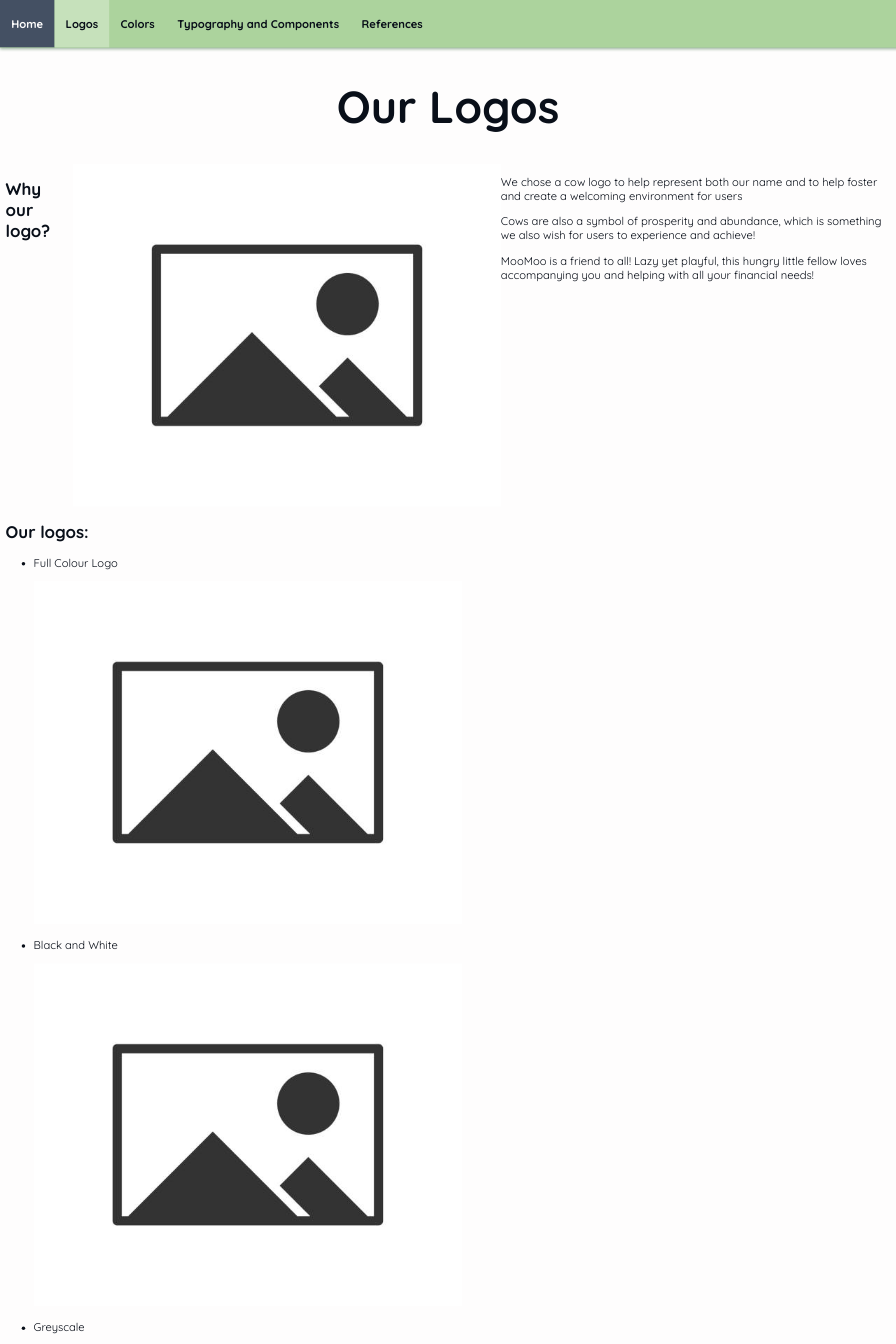
Repository: AlyssaHug/MoolahMate-A5Styleguide
Page: logos.html
An editor plug-in stored every save of this project. The page is shown before and after a run of saves, followed by the edit.
The browser window is 1280 px wide. The pictures show the part of the page from y = 0 to 1920 px (the page is 10752 px tall), at 70% of full size.

Above is the page before, as saved 2025-03-31 09:44:58.

### logos.html
<!DOCTYPE html>
<html lang="en">
<head>
    <meta charset="UTF-8">
    <meta name="viewport" content="width=device-width, initial-scale=1.0">
    <title>CashFlow - App StyleGuide</title>
    <link rel="stylesheet" href="styles.css">
    <link rel="stylesheet" href="Logo-styles.css">
    <link rel="preconnect" href="https://fonts.googleapis.com">
<link rel="preconnect" href="https://fonts.gstatic.com" crossorigin>
<link href="https://fonts.googleapis.com/css2?family=Libre+Franklin:ital,wght@0,100..900;1,100..900&family=Quicksand:wght@300..700&display=swap" rel="stylesheet">
<header class="nav">
    <ul class="navbar">
        <li class="navbar__item"><a href="home.html">Home</a></li>
        <li class="navbar__item active"><a href="logos.html">Logos</a></li>
        <li class="navbar__item"><a href="colors.html">Colors</a></li>
        <li class="navbar__item"><a href="typography.html">Typography and Components</a></li>
        <li class="navbar__item"><a href="references.html">References</a></li>
    </ul>
</header>
</head>
<body class="page-content">
    <h1 class="page__title">Our Logos </h1>
<div class = "rationale">
    <h2 class="rationale__title">Why our logo?</h2>
    <img class="title__image" src="images/placeholder.jpg" alt="">
    <div class="rationale__why">
        <p class="rational__why-1">
            We chose a cow logo to help represent both our name and to help foster and create a welcoming environment for users </p>
        <p class="rational__why-2">
            Cows are also a symbol of prosperity and abundance, which is something we also wish for users to experience and achieve!
        </p>
        <p class="rational__why-3">
            MooMoo is a friend to all! Lazy yet playful, this hungry little fellow loves accompanying you and helping with all your financial needs!
        </p>
    </div>
</div>
    <h2 class="logo__title">Our logos:</h2>
    <div class="logo__drawings">
        <ul class="logo__drawings-list">
            <li class="logo-1">
                <p>Full Colour Logo</p>
                <img class="moomoo-1" src="images/placeholder.jpg" alt="">
            </li>
            <li class="logo-2">
                <p>Black and White</p>
                <img class="moomoo-2" src="images/placeholder.jpg" alt="">
            </li>
            <li class="logo-3">
                <p>Greyscale</p>
                <img class="moomoo-3" src="images/placeholder.jpg" alt="">
            </li>
            <li class="logo-4">
                <p>Monochromatic</p>
                <img class="moomoo-4" src="images/placeholder.jpg" alt="">
            </li>
            <li class="logo-5">
                <p>Horizontal Version</p>
                <img class="moomoo-5" src="images/placeholder.jpg" alt="">
            </li>
            <li class="logo-6">
                <p>Stacked/Vertical Version</p>
                <img class="moomoo-6" src="images/placeholder.jpg" alt="">
            </li>
            <li class="logo-7">
                <p>Favicon Variations</p>
                <img class="moomoo-7" src="images/placeholder.jpg" alt="">
                <div class="moomoo-7-variation">
                    <ul>
                        <li>
                            <p>16 by 16 pixels</p>
                            <img class="moomoo-7-variation-1" src="images/placeholder.jpg" alt="">
                        </li>
                        <li>
                            <p>32 by 32 pixels</p>
                            <img class="moomoo-7-variation-2" src="images/placeholder.jpg" alt="">
                        </li>
                        <li>
                            <p>48 by 48 pixels</p>
                            <img class="moomoo-7-variation-3" src="images/placeholder.jpg" alt="">
                        </li>
                    </ul>
                </div>
            </li>
        </ul>
    </div>
    <h1 class="graphics-and-icons__title">Graphics and Icons</h1>
    <img class="graphics-and-icons__image" src="images/placeholder.jpg" alt="">
    <ul class="graphics-and-icons__q&a">
        <li class="graphics-and-icons__1">
            <img class= "graphics-and-icons__img1" src="images/placeholder.jpg">
            <p class="graphics-and-icons__text1">
                With our imagery and icons, we strived for designs that were accessible and inclusive to everyone who used our app. We wanted to use simple icons that were universally known and understood.
            </p>
        </li >
        <li class="graphics-and-icons__2">
            <img class= "graphics-and-icons__img2" src="images/placeholder.jpg">
            <p class="graphics-and-icons__text2">
                We chose Iconduck to help use create a clean and organized Navbar for our users!
            </p>
        </li>
        <li class="graphics-and-icons__3">
            <img class= "graphics-and-icons__img3" src="images/placeholder.jpg">
            <p class="graphics-and-icons__text3">
                Here are some of the icons found in our app! We believe in both simple and playful designs that engage the user!
            </p>
        </li>
        <li class="graphics-and-icons__4">
            <img class= "graphics-and-icons__img4" src="images/placeholder.jpg">
            <p class="graphics-and-icons__text4">
                We also believe that even the subtlest touches can improve our users experience. Take a look at our various design elements scattered through our app!
            </p>
        </li>
        <li class="graphics-and-icons__5">
            <img class= "graphics-and-icons__img5" src="images/placeholder.jpg">
            <p class="graphics-and-icons__text5">
                We also made sure to include a dark mode for those who may struggle with our original colour palette.
            </p>
        </li>
    </ul>
    <ul class="graphics-and-icons_pt2">
        <li class="graphics-and-icons__6">
            <p class="graphics-and-icons__text6">
                We chose the imagery and icons in our app due to both their inclusivity and accessibility. The icons are simple and understandable for our users, after all, expenses and banking are already difficult as is. We wanted something all users would be able to navigate and use with ease to ensure security and trust in our app. We made sure our icons and image sizing were just right for everyone. We also did various tests with our colours to make sure the contrast was right for all users.
            </p>
            <img class= "graphics-and-icons__img6" src="images/placeholder.jpg">
        </li>
        <li class="graphics-and-icons__7">
            <p class="graphics-and-icons__text7">
                We chose to keep our app simple, clean, and calming to meet the needs and preferences of our users. Privacy, complexity, and a lack of accessibility are all problems many people face with expense apps, and we aimed to eliminate these issues. Our clean designs, stable colours and straightforward imagery all foster a welcoming and inclusive user experience.
            </p>
            <img class= "graphics-and-icons__img7" src="images/placeholder.jpg">
        </li>
    </ul>


</body>
</html>

### styles.css
html {
    font-family: "Quicksand", "Libre Franklin";
    color: #090F19;
    background-color: #FEFDFD;
}

.navbar{
    position: fixed;
    top: 0;
    left: 0;
    width: 105%;
    list-style-type: none;
    margin-top: -10px;
    padding: 0;
    padding-top: 10px;
    overflow: hidden;
    background-color: #ACD39D;
    box-shadow: 0 4px 4px #01430e61;
}
.navbar__item {
    float: left;
    text-align: center;
}

li a {
    display: block;
    padding: 24px 16px;
        color: #090F19;
    text-decoration: none;
    font-weight: bold;
}
li a:hover {
    color: #FEFDFD;
    background-color: #445063;
}
.active {
    background-color: #C6E1BB;
    color: #526F53;
}
.page-title {
font-size: 60px;
text-align: center;
}
.page-content {
    padding-top: 60px;
}

### Logo-styles.css
.page__title {
    text-align: center;
    font-size: 4em;
}

.rationale {
    display: flex;
}

.rationale__title {

}

After the next 3 saves:
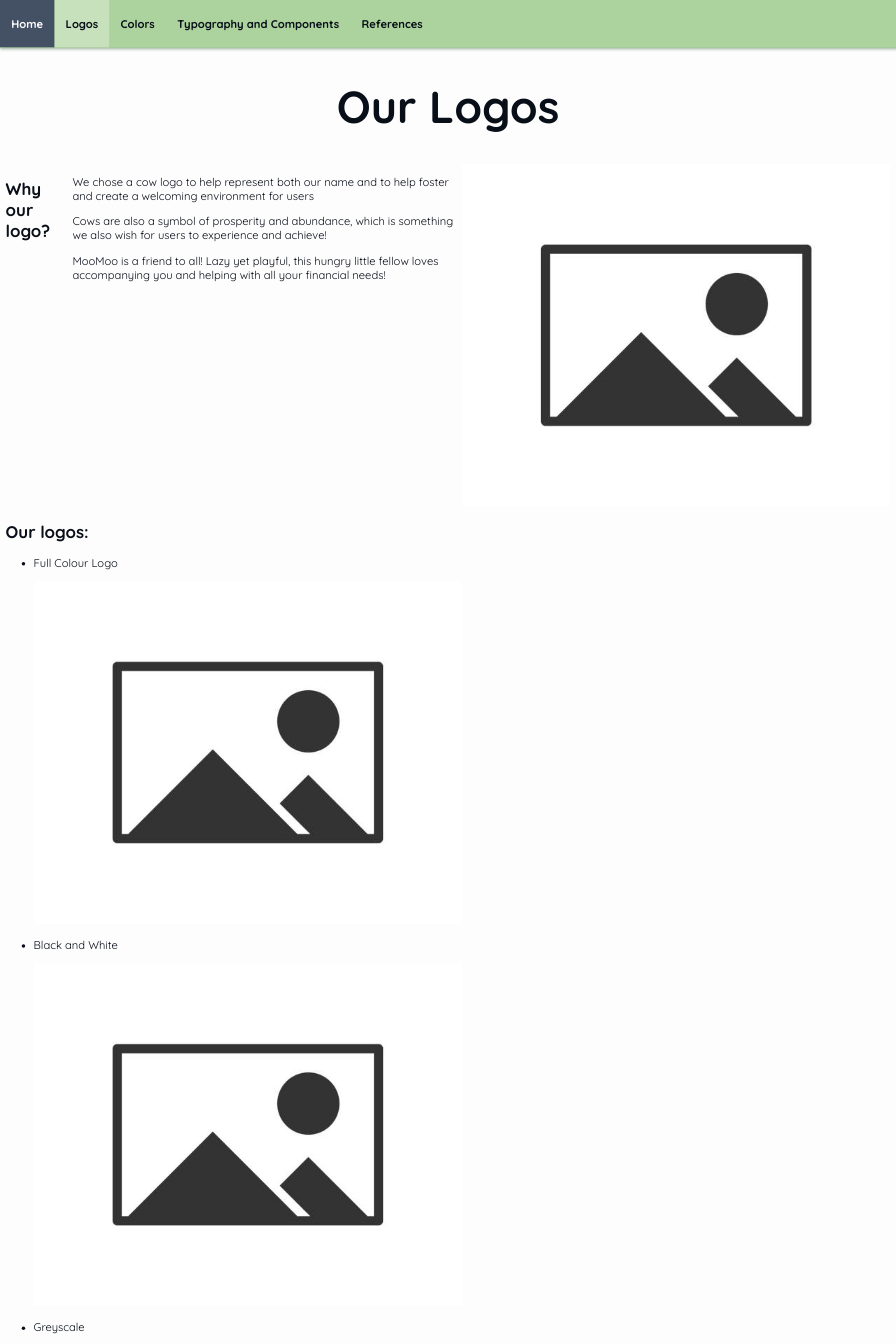
The 3 saves are shown as one change because they came seconds apart.
The last was saved 54 s later.
--- a/logos.html
+++ b/logos.html
@@ -23,7 +23,6 @@
     <h1 class="page__title">Our Logos </h1>
 <div class = "rationale">
     <h2 class="rationale__title">Why our logo?</h2>
-    <img class="title__image" src="images/placeholder.jpg" alt="">
     <div class="rationale__why">
         <p class="rational__why-1">
             We chose a cow logo to help represent both our name and to help foster and create a welcoming environment for users </p>
@@ -34,6 +33,7 @@
             MooMoo is a friend to all! Lazy yet playful, this hungry little fellow loves accompanying you and helping with all your financial needs!
         </p>
     </div>
+    <img class="title__image" src="images/placeholder.jpg" alt="">
 </div>
     <h2 class="logo__title">Our logos:</h2>
     <div class="logo__drawings">
